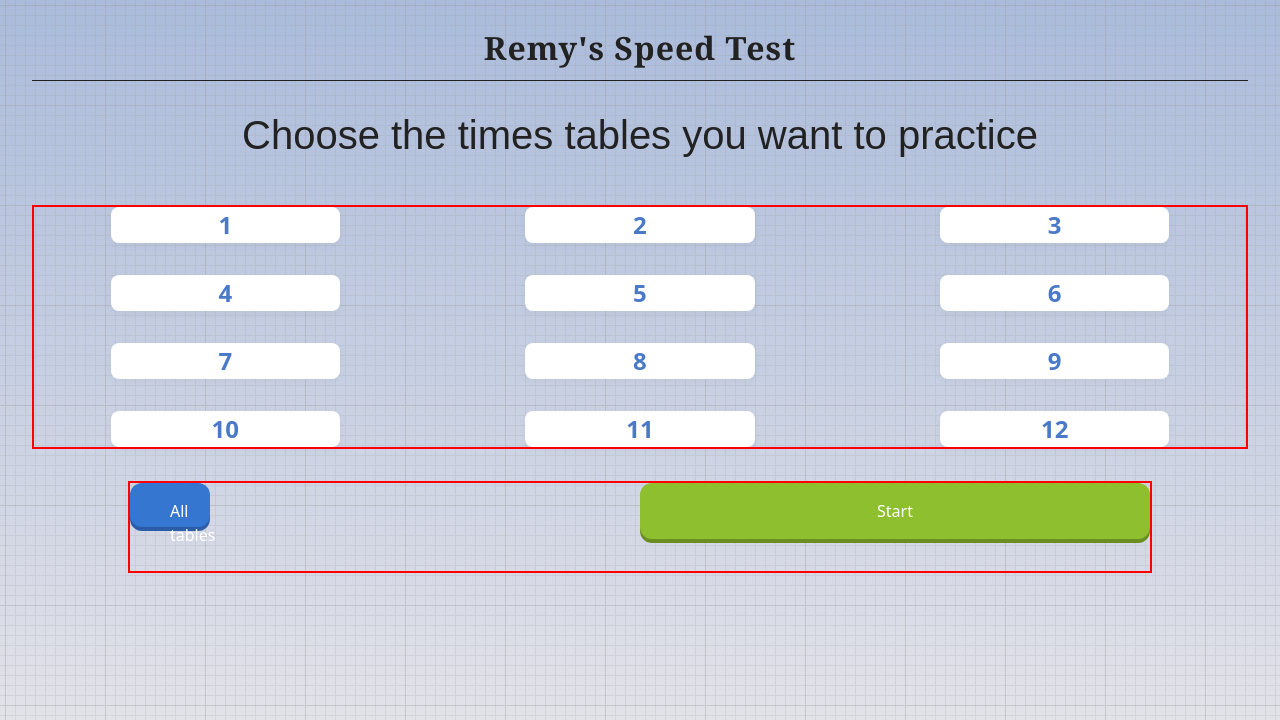
Repository: Chinurum-Omenuko/remys-speed-test
Page: / (app in app/)
An editor plug-in stored every save of this project. The page is shown before and after the next save, followed by the edit.
The browser window is 1280 px wide. The pictures show the whole page.
The project was rebuilt for these pictures with package versions that can differ from the ones it lists, and the page was loaded fresh each time. The framework's server and built-in components were replaced by stand-ins that run in the browser. Also part of the build but not shown: app/svelte.config.js, app/vite.config.ts.

Above is the page before, as saved 2025-11-17 13:41:05.

### app/src/routes/+page.svelte

<script lang="ts">
	import { goto } from "$app/navigation";
	import { GameStore } from "../stores/gameStore.svelte";

	let store = GameStore;
	let chosenTables = store.getTables()
	const tables = Array.from({ length: 12 }, (_, i) => i + 1);

	function selectTable(table: number) {
		store.addTables(table)
	}

	function allTables(){
		tables.forEach(table => {
			let index = chosenTables.indexOf(table)
			if(!chosenTables.includes(table)){
				selectTable(table)
				return
			}
			chosenTables.splice(index, 1)
		});
	}


	function start() {
		store.generateQuestions(chosenTables)
		goto("/test")
	}



	function lastResults() {
		alert('Show last results');
	}
</script>
<div class="landing-bg">
	<div style="padding: 1.5rem 2rem 0 2rem;">
		<h1 class="title">Remy's Speed Test</h1>
		<div class="dotted"></div>
		<h2 class="subtitle">Choose the times tables you want to practice</h2>
		<div class="content">
			<div class="tables-grid">
				{#each tables as table}
					<button
						type="button"
						class="table-btn {chosenTables.includes(table) ? 'selected' : ''}"
						on:click={() => {

							selectTable(table)
							}}
						aria-pressed={chosenTables[table] === table}
					>
						{table}
					</button>
				{/each}
			</div>
			<div class="actions">
				<div class="left-actions">
					{#if chosenTables.length == 12}
						<button class="blue-btn btn" on:click={allTables}>Deselect All Tables</button>
					{:else}
						<button class="blue-btn btn" on:click={allTables}>All tables</button>
					{/if}
				</div>
				<button class="green-btn btn" on:click={start}>Start</button>
			</div>
		</div>
	</div>
</div>

<style>
	.landing-bg {


		background-image:url("data:[embedded picture, 1695 characters]"), linear-gradient(180deg, #aabbdb, #e2e2e9);
		min-height: 100vh;
		max-width: 100vw;
		padding: 0;
		margin: 0;
	}
	.title {
		font-size: 2rem;
		font-weight: 700;
		margin: 0 0 0.5rem 0;
		letter-spacing: 1px;
		color: #222;
		font-family: Georgia, 'Times New Roman', Times, serif;
		text-align: center;
	}
	.dotted {
		border-bottom: 1px solid #222;
		margin-bottom: 1.5rem;
	}
	.subtitle {
		font-size: clamp(1rem, 5vw, 2.5rem);
		font-weight: 100;
		margin-bottom: 2.5rem;
		text-align: center;
		color: #222;
		font-family: Arial, Helvetica, sans-serif;
	}

	.content{
		display: flex;
		flex-direction: column;
		/* border: solid 2px red; */
		justify-content: start;
		align-items: center;
		max-width: 100vw;
		min-height: 50vh;
	}
	.tables-grid {
		display: grid;
		grid-template-columns: repeat(6, 1fr);
		gap: 2rem;
		/* border: solid 2px green; */
		width: 100%;
	}
	.table-btn {
		background: #fff;
		border-radius: 8px;
		font-size: 2.5rem;
		font-weight: 700;
		color: #4a7ac7;
		width: 60%;
		height: 100%;
		display: flex;
		align-items: center;
		justify-content: center;
		cursor: pointer;
		transition: box-shadow 0.2s, border 0.2s;
		margin: 0 auto;
		box-shadow: 0 2px 8px rgba(0,0,0,0.04);
	}
	.table-btn.selected {
		border: 3px solid #2e5eaa;
		background: #eaf1ff;
		color: #2e5eaa;
	}
	.actions {
		display: flex;
		justify-content: space-between;
		align-items: flex-end;
		max-width: 1200px;
		margin: 2rem auto 0 auto;
	}
	.left-actions {
		display: flex;
		flex-direction: column;
		gap: 1.2rem;
	}

	.btn {
		width: 50%;
		height: 50%;
		color: #fff;
		border-radius: 12px;
		padding: 1rem 2.5rem;
		cursor: pointer;
		margin-bottom: 0.5rem;
	}
	.blue-btn {
		background:  #3576d1;
		border: none;
		box-shadow: 0 4px 0 #2b5ca7;
		transition: background 0.2s;
	}
	.blue-btn:active {
		background: #3576d1;
	}
	.green-btn {
		background: #8dbf2e;
		border: none;
		box-shadow: 0 4px 0 #6b8e23;
		margin-left: 1rem;
		transition: background 0.2s;
	}
	.green-btn:active {
		background: #8dbf2e;
	}

	/* 640px: small tablet */
	@media (min-width: 340px) {
		.tables-grid {
			grid-template-columns: repeat(3, 1fr);
			border: solid 2px red;
		}
		.table-btn {
			font-size: 1.5rem;
		}
		.actions {
			flex-direction: row;
			align-items: stretch;
			gap: 2rem;
			border: solid 2px red;
			width: 80vw;
		}
	}
	@media (min-width: 640px) {
		.tables-grid {

		}
		.table-btn {

		}
		.actions {

		}
	}

	/* 768px: tablet portrait */
	/* @media (min-width: 768px) {
		.tables-grid {
			grid-template-columns: repeat(3, 1fr);
			border: red;
		}
		.table-btn {
			width: 100px;
			height: 80px;
			font-size: 1.5rem;
		}
		.actions {
			flex-direction: column;
			align-items: stretch;
			gap: 2rem;
		}
	} */

	/* 1024px: tablet landscape / small laptop */
	/* @media (min-width: 1024px) {
		.tables-grid {
			grid-template-columns: repeat(4, 1fr);
		}
		.table-btn {
			width: 140px;
			height: 110px;
			font-size: 2rem;
		}
		.actions {
			flex-direction: row;
			align-items: center;
			gap: 1rem;
		}
	} */

	/* @media (min-width: 1200px) and (max-height: 700px) {

	} */


	/* 1280px: laptop */
	/* @media (min-width: 1280px) {} */

	/* 1536px: large desktop */
	/* @media (min-width: 1536px) {} */




</style>

### app/src/stores/gameStore.svelte.ts
import { writable } from "svelte/store";
import { createQuestions } from "../utils/gameUtils";

function createGameStore(){
    let allQuestions = $state<any[]>([])
    let selectedTables: number[] = $state([])


    return{
        selectedTables,
        get allQuestions(){
            return allQuestions;
        },
        clearSelectedTables: () => {
            selectedTables = []
        },
        getTables: () => selectedTables,
        addTables: (table: number) => {
            let index = selectedTables.indexOf(table)

            if(!selectedTables.includes(table)){
                selectedTables.push(table)
                return
            }

            selectedTables.splice(index,1)

        },
        generateQuestions: (table: number[]) => {
            let questions = createQuestions(table)

            let flat = Object.values(questions).flat();
            allQuestions = [...allQuestions, ...flat];


        },

        removeQuestions: () => allQuestions = []
    }
}

export const GameStore = createGameStore()

### app/src/utils/gameUtils.ts
function makeQuestionObject(table: number){
    let questionsObjectArray = []
    for (let i = 1; i <= 12; i++){
        let question = {
            id: table + '-' + i,
            table: table,
            multiplier: i,
            question: `${table} x ${i}`,
            answer: table * i
        };
        questionsObjectArray.push(question);
    }
    return questionsObjectArray;
}

export function createQuestions(timeTable: number[]){
    let questions = {};

    timeTable.forEach(table => {
        let objectArray = makeQuestionObject(table)
        questions[table] = objectArray
    });
    return questions
}

Loaded but not shown: app/src/app.html (common file); app/src/routes/+layout.svelte (common file); app/src/app.css (common file)

After the next save:
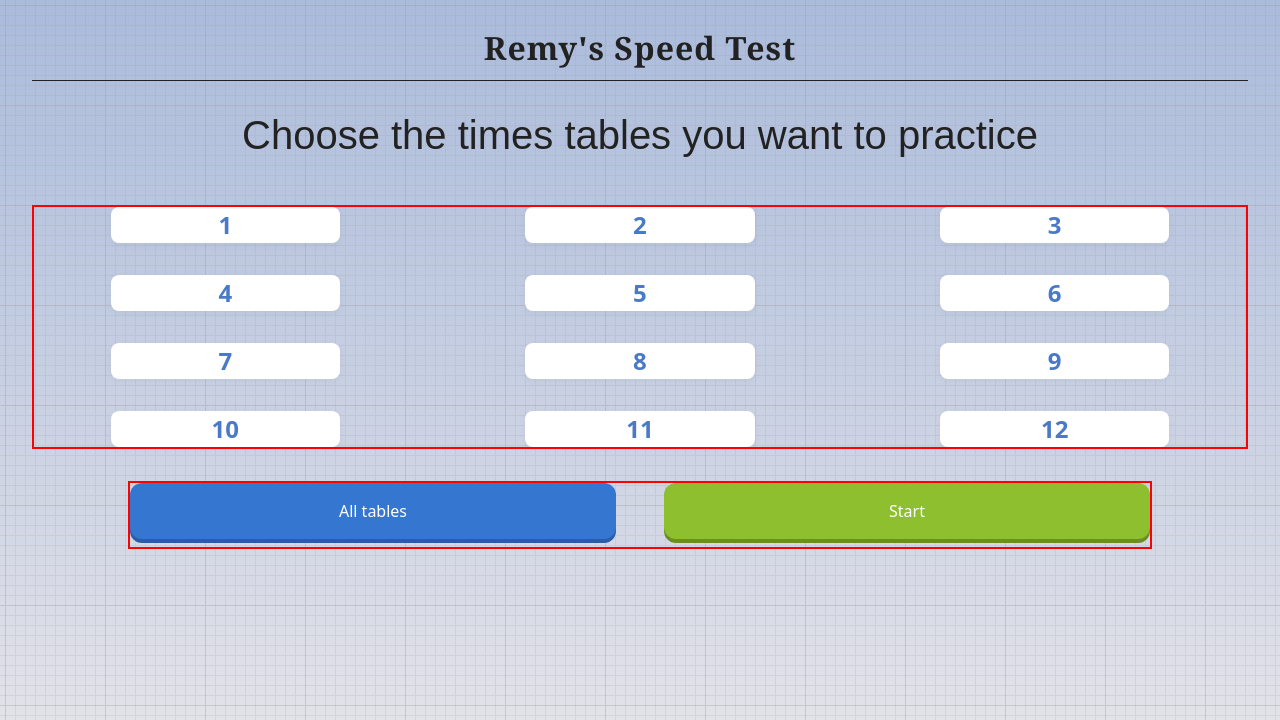
Saved 45 s later.
--- a/app/src/routes/+page.svelte
+++ b/app/src/routes/+page.svelte
@@ -56,13 +56,13 @@
 				{/each}
 			</div>
 			<div class="actions">
-				<div class="left-actions">
-					{#if chosenTables.length == 12}
-						<button class="blue-btn btn" on:click={allTables}>Deselect All Tables</button>
-					{:else}
-						<button class="blue-btn btn" on:click={allTables}>All tables</button>
-					{/if}
-				</div>
+
+				{#if chosenTables.length == 12}
+					<button class="blue-btn btn" on:click={allTables}>Deselect All Tables</button>
+				{:else}
+					<button class="blue-btn btn" on:click={allTables}>All tables</button>
+				{/if}
+
 				<button class="green-btn btn" on:click={start}>Start</button>
 			</div>
 		</div>
